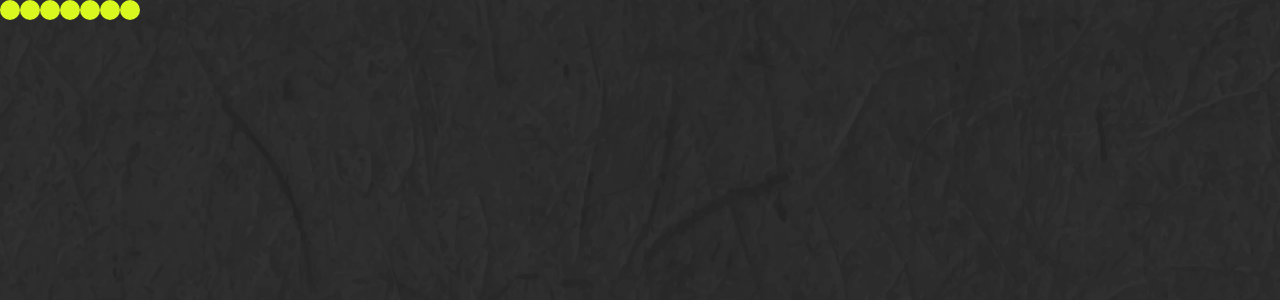
Repository: sem1103/fitness-test
Page: index.html
These files come from the project's save history. The page is drawn as it stood at one moment and after the next save; the edit follows.
The browser window is 1280 px wide. The pictures show the whole page.

Above is the page before, as saved 2023-11-03 16:23:12.

### index.html
<!DOCTYPE html>
<html lang="en">
<head>
    <meta charset="UTF-8">
    <meta name="viewport" content="width=device-width, initial-scale=1.0">
    <title>Fitness</title>
    <link rel="stylesheet" href="style/reset.css">
    <link rel="stylesheet" href="style/main.css">
</head>
<body>
    <div id="circles">
        <ul>
            <li></li>
            <li></li>
            <li></li>
            <li></li>
            <li></li>
            <li></li>
            <li></li>
        </ul>
    </div>
    <header></header>
    <main></main>
</body>
</html>

### style/main.css
body{
    min-height: 100vh;
    background: url(../img/background.png) center/cover;
    position: relative;
}
#circles{
    position: absolute;
}
#circles ul{
    display: flex;
    flex-direction: row;
    row-gap: 15px;
}
#circles li{
    padding: 10px;
    display: block;
    background-color: #d8f820;
    border-radius: 50%;
}

Loaded but not shown: style/reset.css (common file)

After the next save:
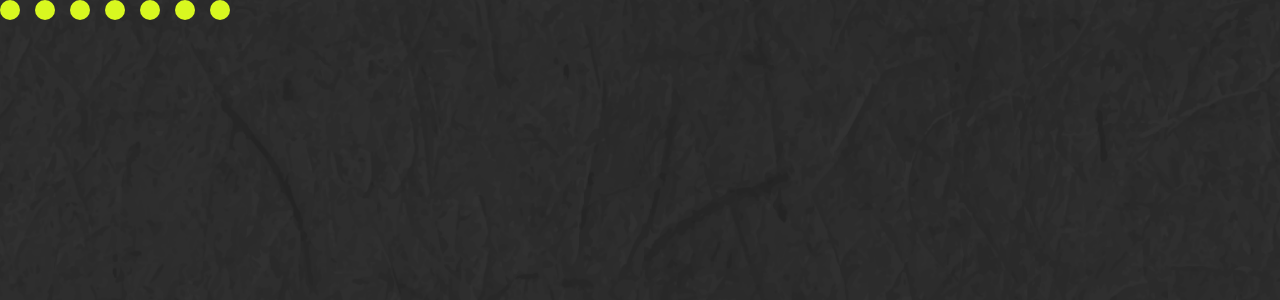
Saved 56 s later.
--- a/style/main.css
+++ b/style/main.css
@@ -5,15 +5,17 @@
 }
 #circles{
     position: absolute;
+
 }
 #circles ul{
     display: flex;
     flex-direction: row;
-    row-gap: 15px;
+
 }
 #circles li{
     padding: 10px;
     display: block;
     background-color: #d8f820;
     border-radius: 50%;
+    margin: 0 15px 0 0 ;
 }
